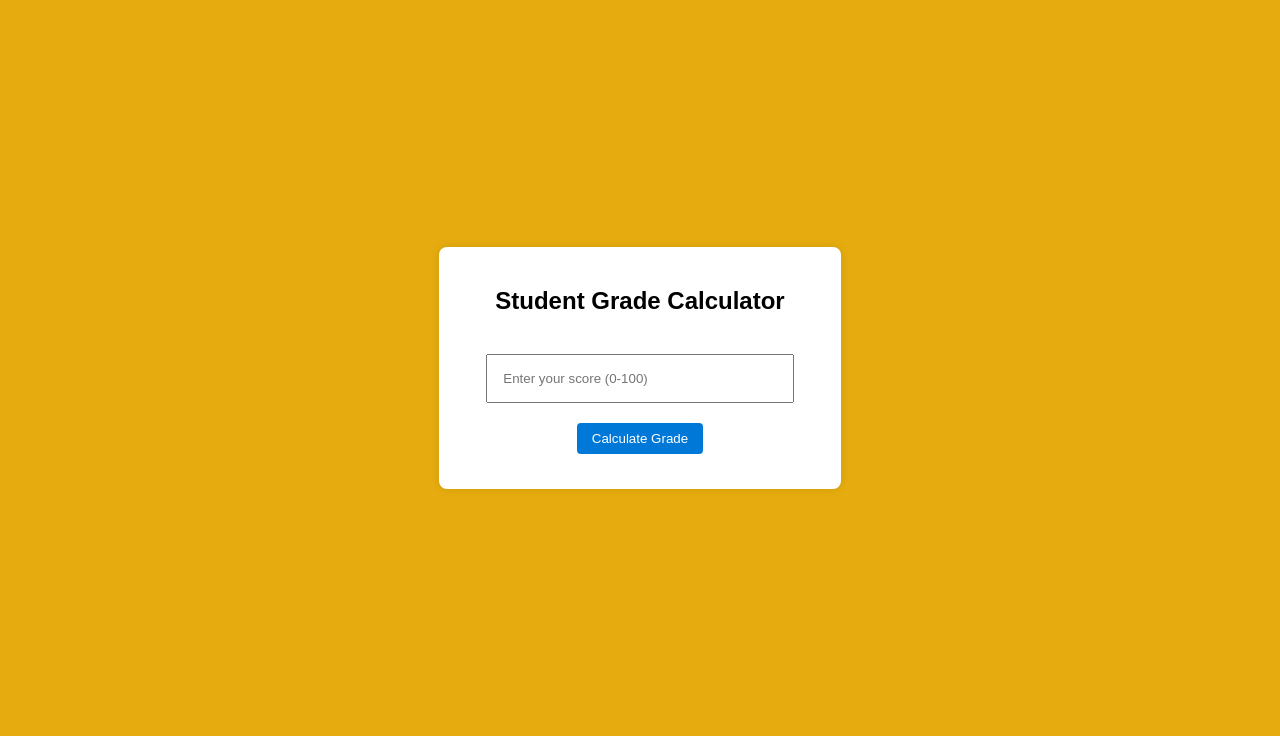
Repository: moshi704/web-dev-labs--group-1
Page: Week 5/Index.html
These files come from the project's save history. The page is drawn as it stood at one moment and after the next save; the edit follows.
The browser window is 1280 px wide. The pictures show the whole page.

Above is the page before, as saved 2026-06-23 17:29:46.

After the next save:
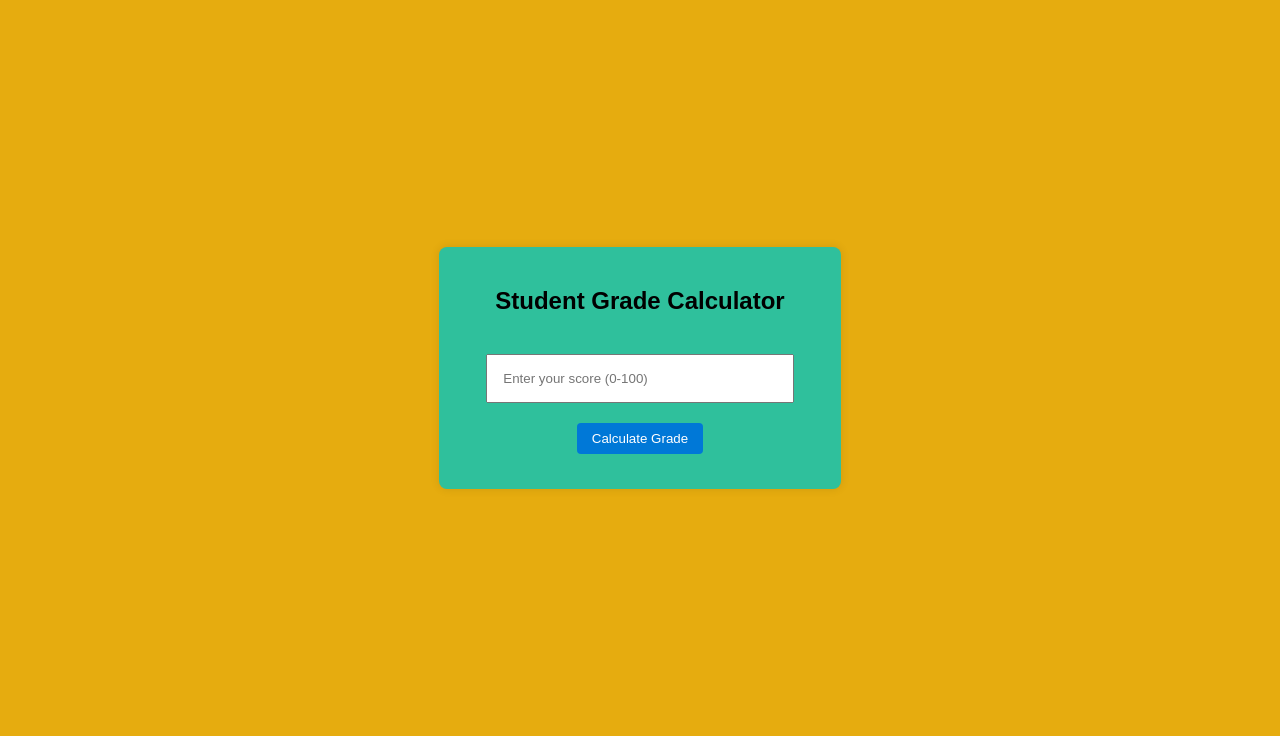
Saved 30 s later.
--- a/Week 5/style.css
+++ b/Week 5/style.css
@@ -8,7 +8,7 @@ body {
 }
 
 .container {
-  background: #fff;
+  background: #2fc09c;
   padding: 20px 30px;
   border-radius: 8px;
   box-shadow: 0 0 10px rgba(0,0,0,0.1);
